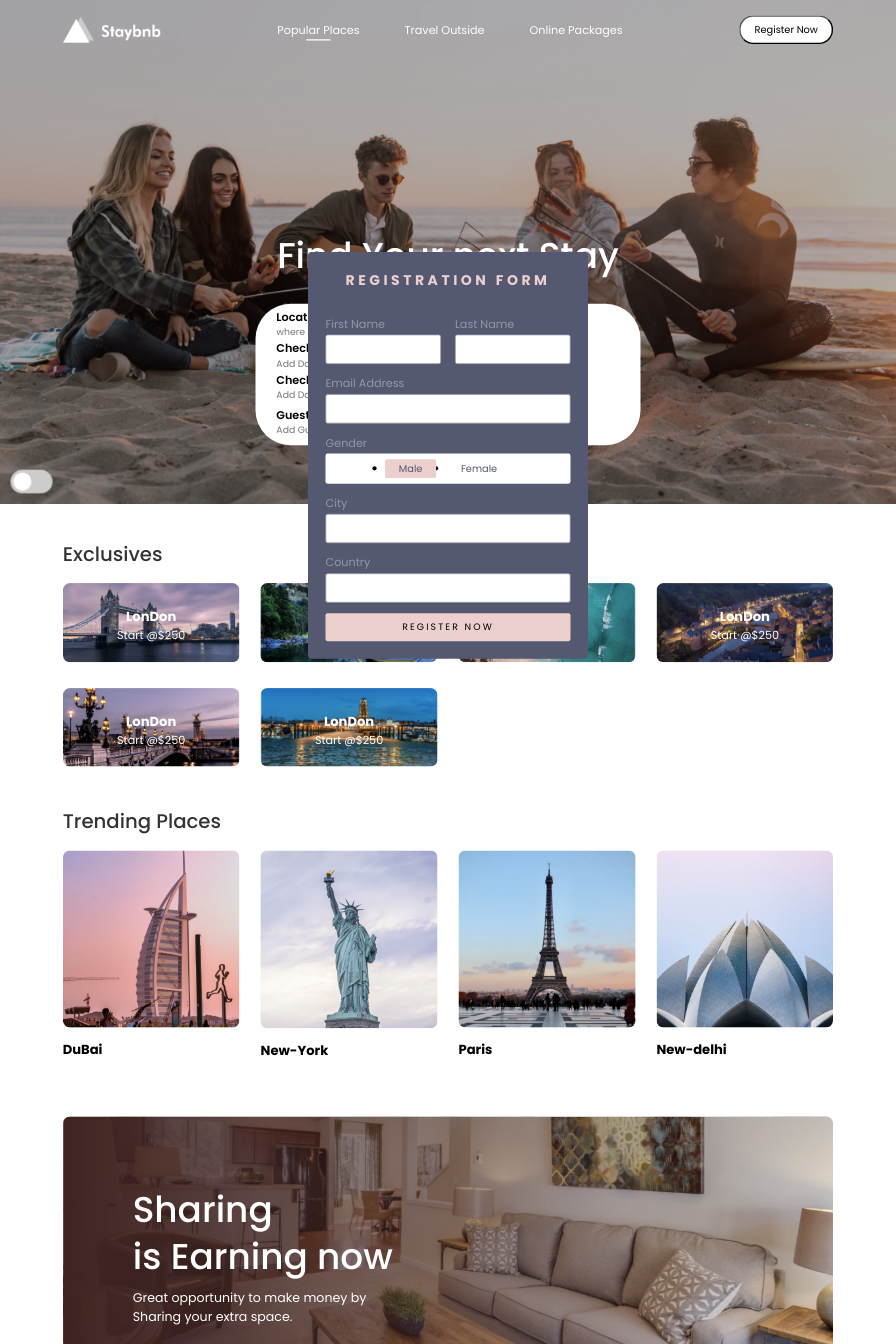
Repository: pinocoding/AirBnB
Page: index.html
The author's editor kept a copy of each file at every save. The page is drawn from the files as they stood at one save, then again after the next save.
The browser window is 1280 px wide. The pictures show the part of the page from y = 0 to 1920 px (the page is 3041 px tall), at 70% of full size.

Above is the page before, as saved 2022-02-13 12:05:20.

After the next save:
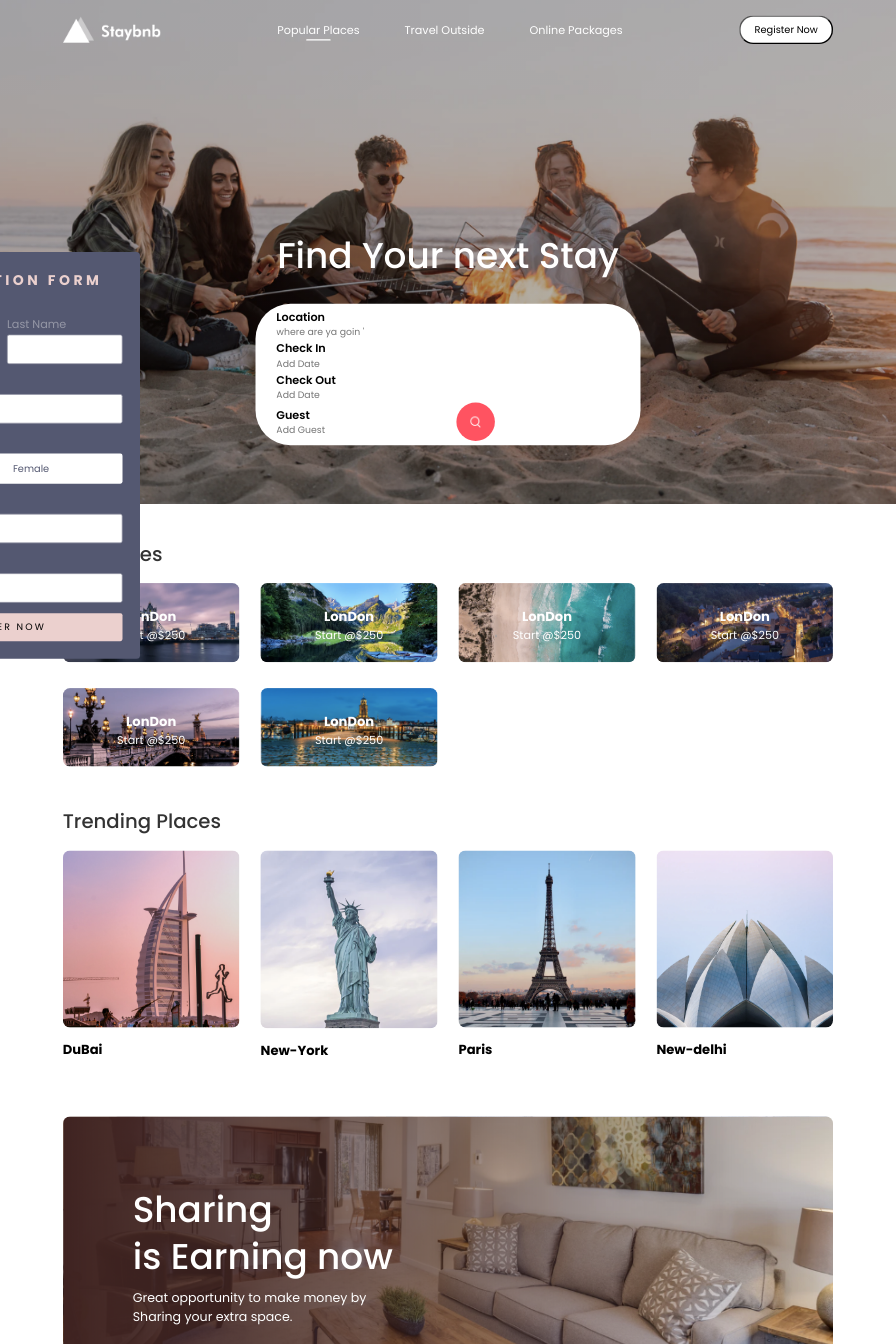
Saved 2 min 17 s later.
--- a/style.css
+++ b/style.css
@@ -312,7 +312,7 @@ nav {
     position: fixed;
     z-index: 99;
     top: 50%;
-    left: 50%;
+    /* left: 50%; */
     transform: translateX(-50%);
 }
 
